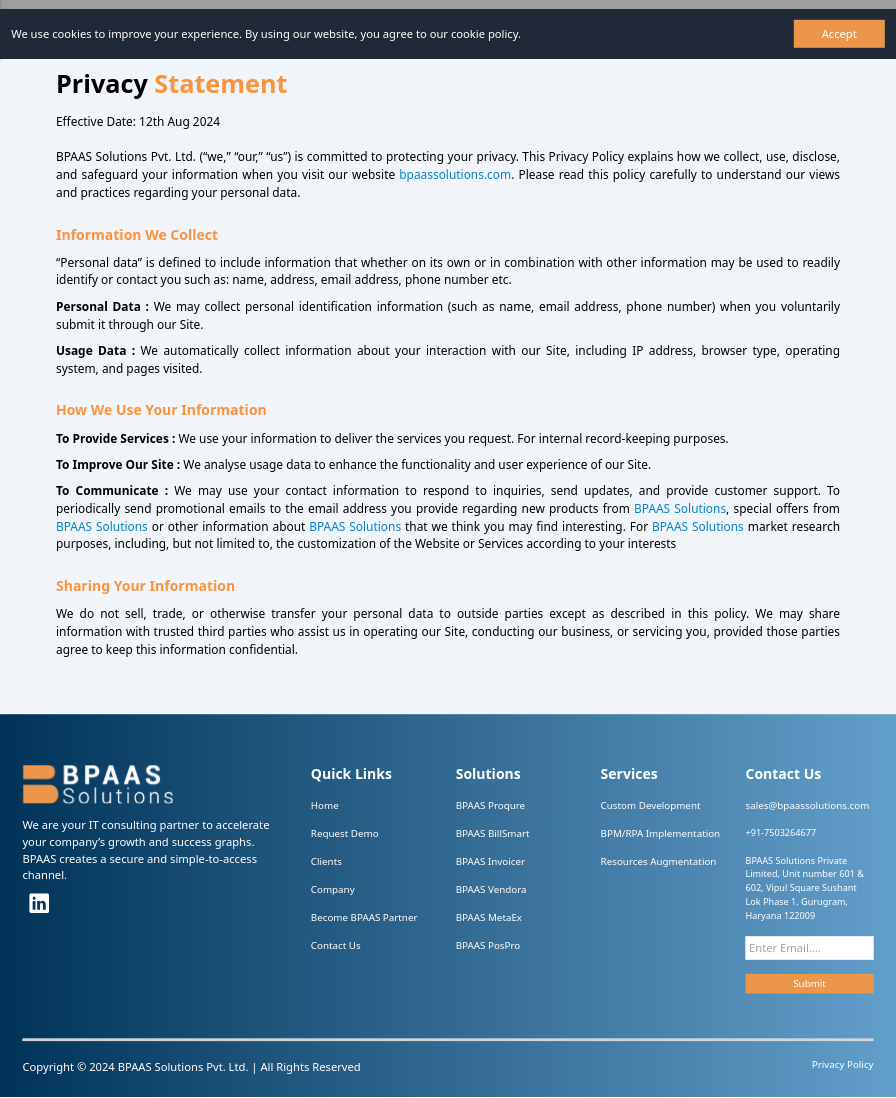
Repository: captainalpha/BP-Website
Page: /services/bp-services
An editor plug-in stored every save of this project. The page is shown before and after the next save, followed by the edit.
The browser window is 1280 px wide. The pictures show the part of the page from y = 635 to 2555 px (the page is 2203 px tall before and 2555 px after), at 70% of full size.
Pictures or frames that could not be fetched are drawn as grey boxes. The project was rebuilt for these pictures with package versions that can differ from the ones it lists, and the page was loaded fresh each time. The framework's server and built-in components were replaced by stand-ins that run in the browser. Also part of the build but not shown: next.config.js, components/common/TopBanner.js, components/common/SectionHeader.js.

Above is the page before, as saved 2024-08-13 15:38:47.

After the next save:
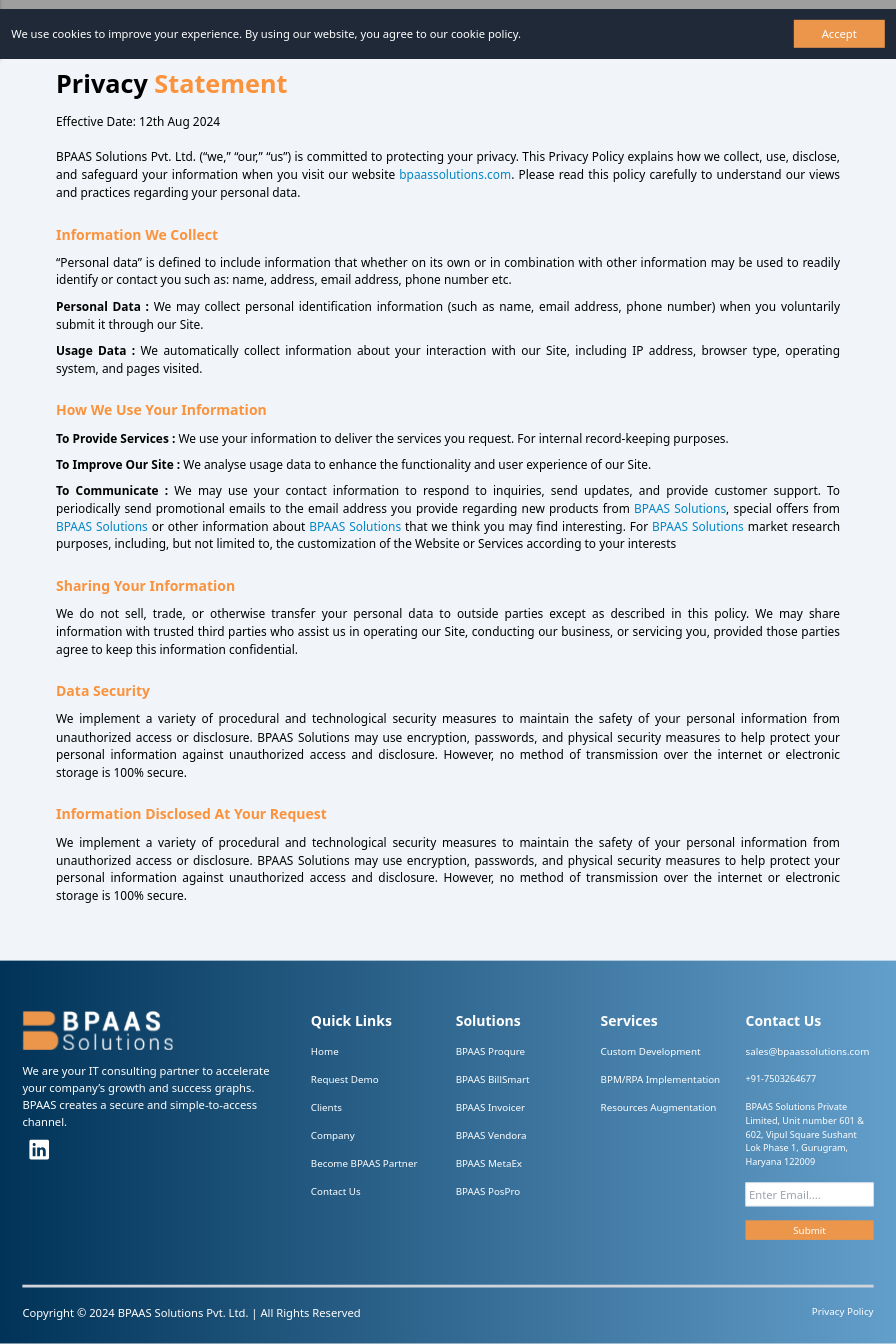
Saved 2 min 57 s later.
--- a/pages/services/bp-services.js
+++ b/pages/services/bp-services.js
@@ -122,6 +122,24 @@
             We do not sell, trade, or otherwise transfer your personal data to outside parties except as described in this policy. We may share information with trusted third parties who assist us in operating our Site, conducting our business, or servicing you, provided those parties agree to keep this information confidential.
             </p>
           </div>
+
+          <div className="mt-[2em]">
+            <h1 className="text-[20px] font-bold text-[#fb923c]">
+            Data Security
+            </h1>
+            <p className="text-[17px] text-justify mt-3">
+            We implement a variety of procedural and technological security measures to maintain the safety of your personal information from unauthorized access or disclosure. BPAAS Solutions may use encryption, passwords, and physical security measures to help protect your personal information against unauthorized access and disclosure. However, no method of transmission over the internet or electronic storage is 100% secure.
+            </p>
+          </div>
+
+          <div className="mt-[2em]">
+            <h1 className="text-[20px] font-bold text-[#fb923c]">
+            Information Disclosed At Your Request
+            </h1>
+            <p className="text-[17px] text-justify mt-3">
+            We implement a variety of procedural and technological security measures to maintain the safety of your personal information from unauthorized access or disclosure. BPAAS Solutions may use encryption, passwords, and physical security measures to help protect your personal information against unauthorized access and disclosure. However, no method of transmission over the internet or electronic storage is 100% secure.
+            </p>
+          </div>
         </div>
       </div>
     </div>
